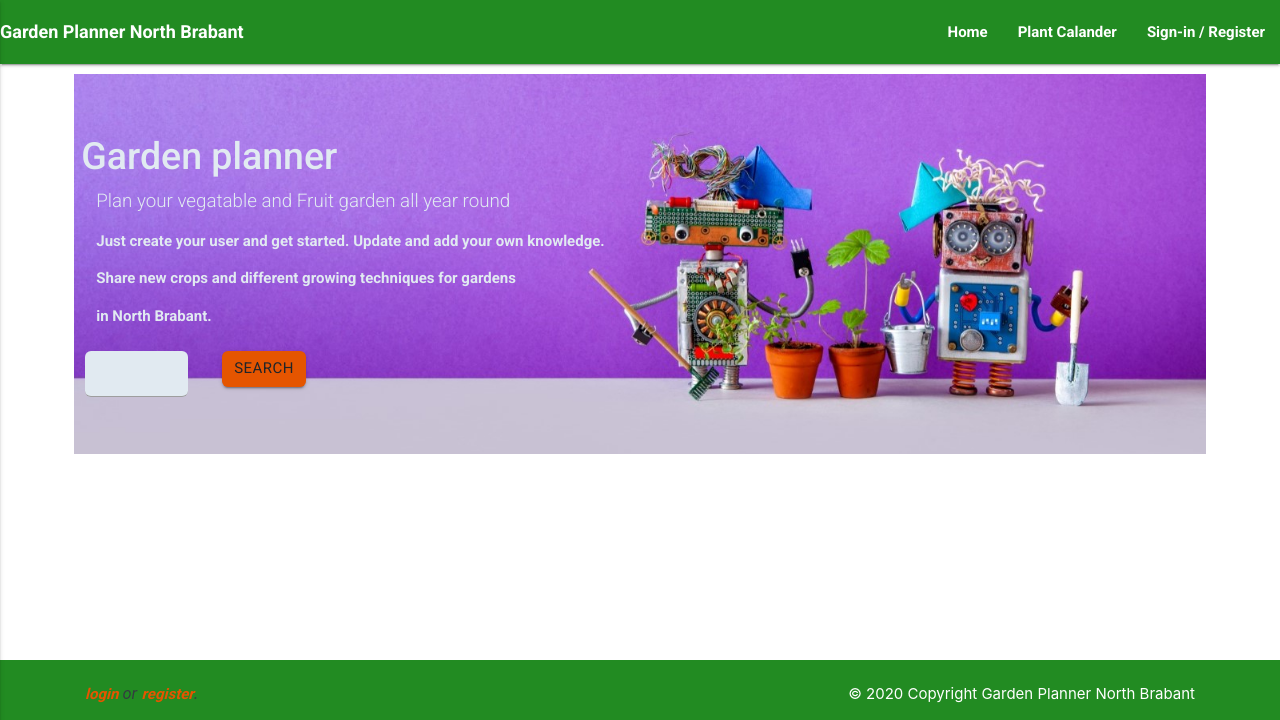
Repository: Lemoenskil/Milestone_project_3_Garden_planner
Page: http://localhost/
The author's editor kept a record of every edit. The page is drawn from the files as they stood at one moment, then again after the next edit.
The browser window is 1280 px wide. The pictures show the whole page.
Some web libraries are served in a nearby version. The page is served by the project's application, run on Flask 3 (app.py). Queries for data that is not in the repository find no rows.

Above is the page before.

After the next edit:
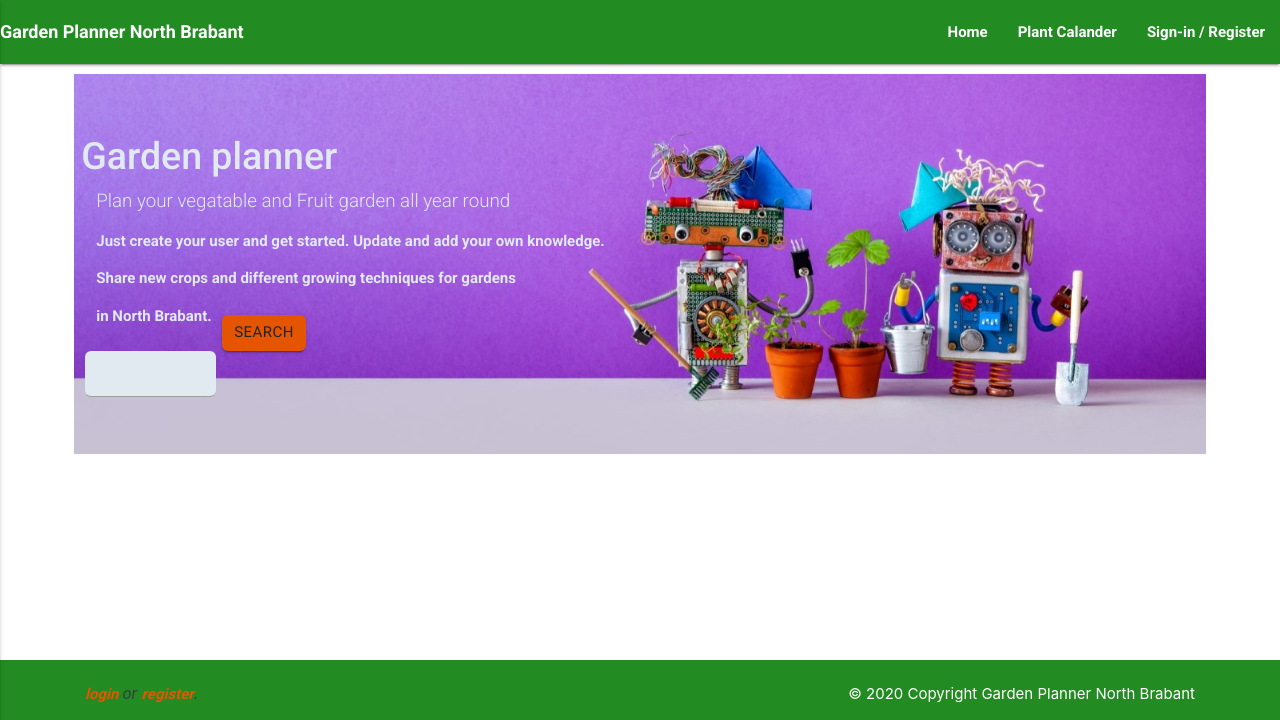
The edit:
--- a/templates/plant_records.html
+++ b/templates/plant_records.html
@@ -17,7 +17,7 @@
           <div class="col-lg-6 col-md-6 col-4 float-right nopadding">
           <button type="submit" class="input-group-addon btn search_btn">search</button>
           </div>
-          <div class="col-6 float-left nopadding">
+          <div class="">
           <label><input id="search" type="search" name='query' class="col-9 nopadding search_box"></label>
           </div>
         </div>
